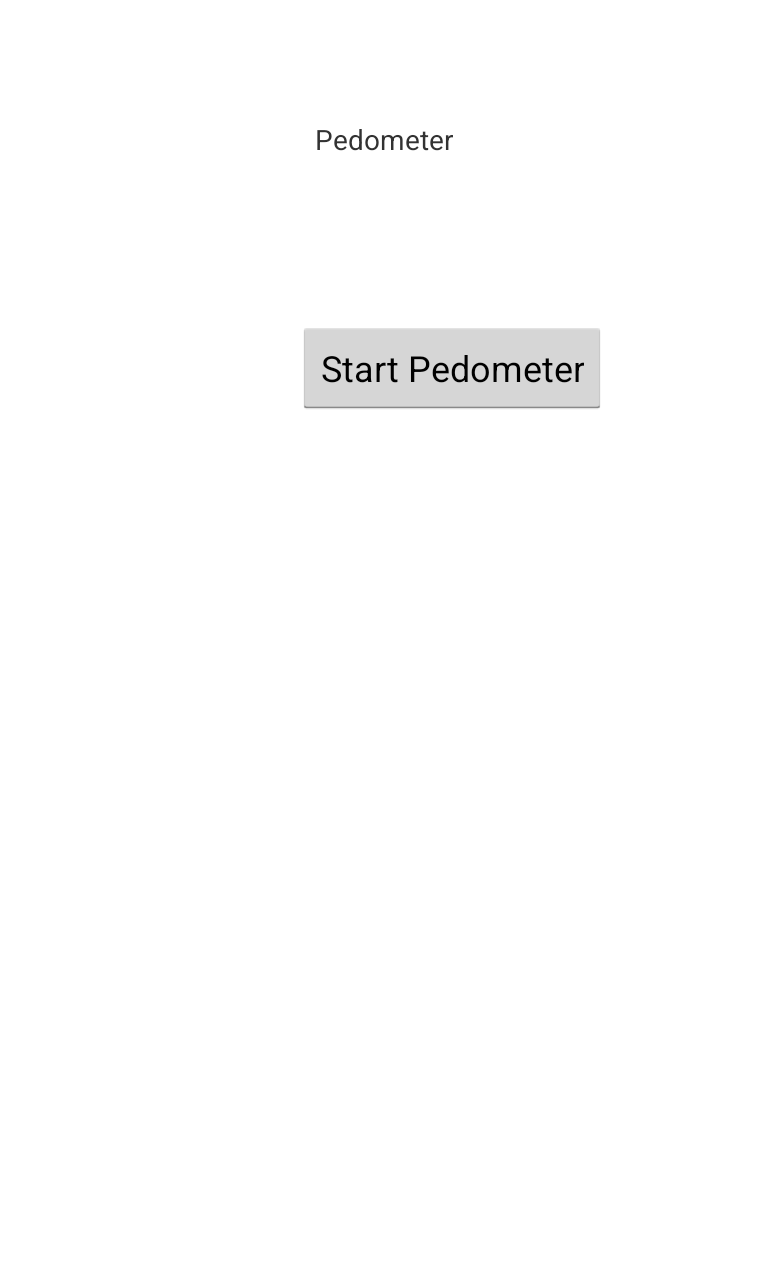
Repository: harrisonyu/Android-Pedometer
Layout: mp1/res/layout/activity_main.xml
An editor plug-in stored every save of this project. The layout is shown before and after the next save, followed by the edit.
It is drawn on a 768 x 1280 px phone screen (xhdpi) without system bars, with theme AppTheme; the app's code is not run.

Above is the layout before, as saved 2013-10-19 01:57:37.

After the next save:
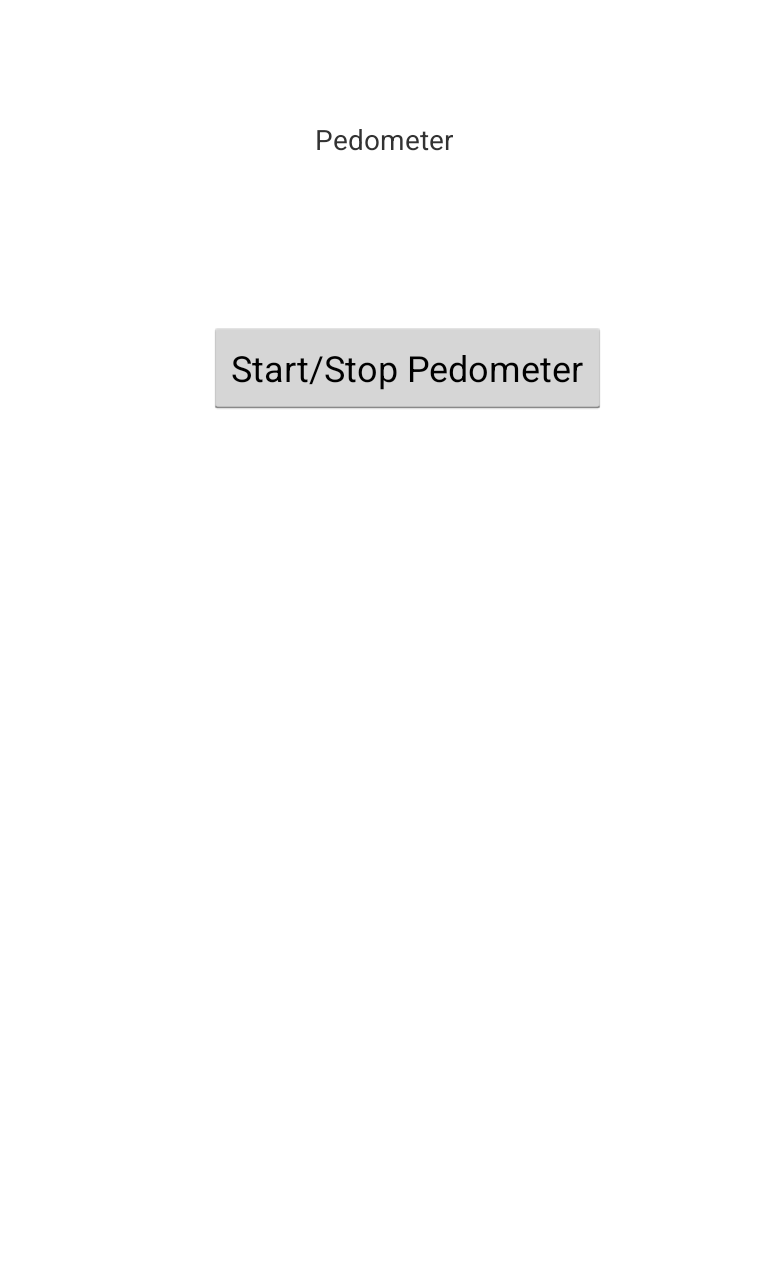
Saved 3 min 12 s later.
--- a/mp1/res/values/strings.xml
+++ b/mp1/res/values/strings.xml
@@ -4,6 +4,6 @@
     <string name="app_name">Pedometer</string>
     <string name="action_settings">Settings</string>
     <string name="pedometer">Pedometer</string>
-    <string name="start_pedometer">Start Pedometer</string>
+    <string name="start_pedometer">Start/Stop Pedometer</string>
 
 </resources>
